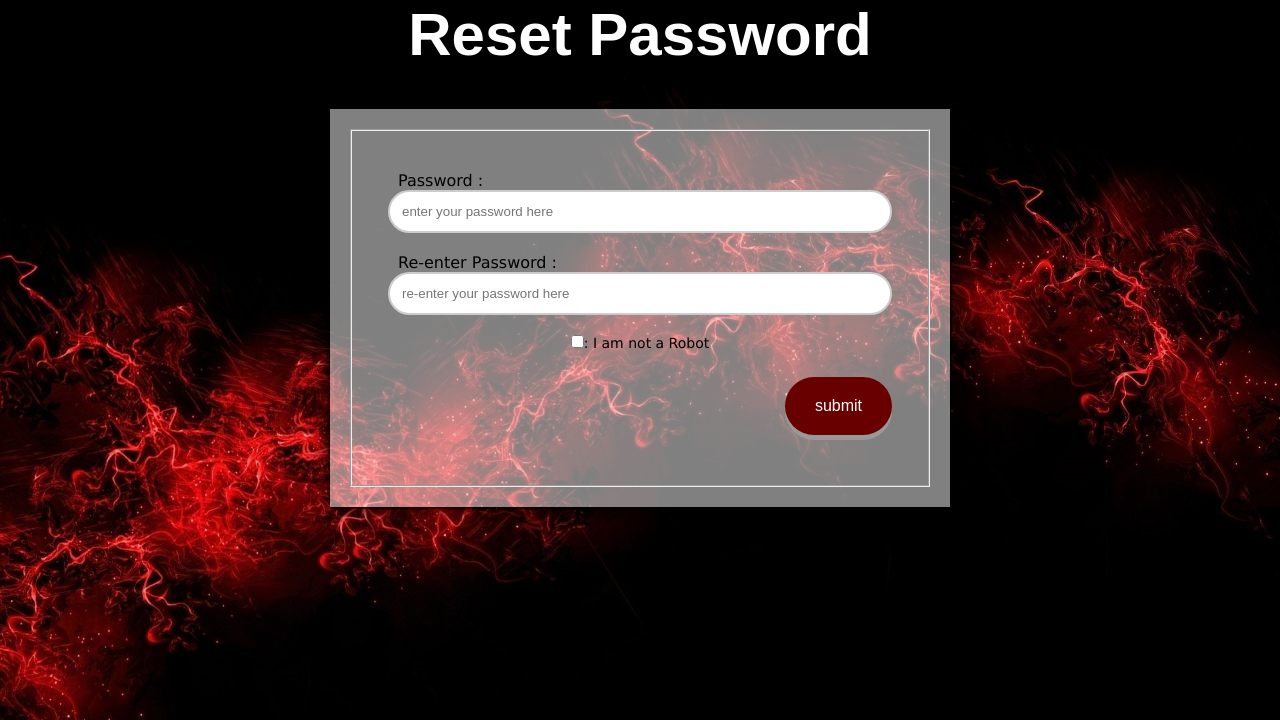
Repository: amila1998/OOP-Group-Assignment-1st-Year-2nd-Semester
Page: http://localhost/OMT/resetPassword.jsp
An editor plug-in stored every save of this project. The page is shown before and after the next save, followed by the edit.
The browser window is 1280 px wide. The pictures show the whole page.
Some web fonts or font styles are not loaded; a fallback is used. The page is served by Tomcat 9. Nobody is signed in. The application's start-up code is not run. Other server files are loaded and not shown.

Above is the page before, as saved 2021-05-23 13:46:33.

### OMT/WebContent/resetPassword.jsp
<%@ page language="java" contentType="text/html; charset=ISO-8859-1"
    pageEncoding="ISO-8859-1"%>
<!DOCTYPE html>
<html>
<head>
<meta charset="ISO-8859-1">
<link rel="stylesheet" type="text/css" href="styles/Default.css">
<link rel="stylesheet" type="text/css" href="styles/resetpassword.css">
<title>Reset Password</title>
</head>
<body>
<center><h1 class="Ttxtstyle">Reset Password</h1>
<section style="width=100%;" class="logingbody">

	<div id="formStyle3">

		<form action="resetpassword" method="POST" >
			<fieldset>
			<div class="col-50">

					<label for="Password">Password :</label>
			<input type="password" id="pwd" name="pwd" placeholder="enter your password here"  required >

			<label for="rePassword">Re-enter Password :</label>
			<input type="password" id="rpwd" name="rpwd" placeholder="re-enter your password here" required>



			<input type="checkbox" id="policy" name="policy" required onclick ="enableButton()">:  I am not a Robot
			<br><br>
			<input name="register" class="Btn1" type="submit" id="btn2" name="btn2"  value="submit" disable><br>


			<script>function enableButton(){

						if(document.getElementById("policy").checked){
							if(document.getElementById("pwd").value != document.getElementById("rpwd").value ){

								alert("password are mismatched!!");
								document.getElementById("policy").checked = false;
							}
							else{
							}

							document.getElementById("btn2").disabled= false;//this means submit button is enabled
						}
						else{
							document.getElementById("btn2").disabled= true;

						}
					}
		</script>
		</div>
		</fieldset>
		</form>


    </div>

</section>

</center>


</body>
</html>

### OMT/WebContent/styles/Default.css
@charset "ISO-8859-1";

* {
  box-sizing: border-box;
  margin: 0;
  padding: 0;
}

body {
  font-family: roboto, sans-serif;
  background-image: url("../images/bg.jpg");
  background-repeat: repeat;
  background-attachment: fixed;
  background-size: 100%;
}

/*start of header*/
#mainHeader {
  width: 100%;
  display:flex;
  justify-content: space-between;
  padding: 0px 10px;
  width: 100%;
  position:fixed;
  top: 0px;
  background: #eee;
  transition: background 0.4s;
  z-index: +1;
}

#mainHeader.is-sticky {
  background: #333;
}

#mainHeader.is-sticky a {
  color:#eee;
}

#mainHeader.is-sticky .logo img {
  height:64px;
}

#mainHeader.is-sticky .Plogo img {
  margin-top:10px;
}

#mainHeader.is-sticky .SearchPadding {
  padding:5px 20px;

}
.logo img {
  height: 84px;
  transition: height 0.4s;
}
.Plogo img {
  height: 50px;
  margin-top:18px;
  transition:0.4s;
}
#mainHeader .SearchPadding{
	padding:10px 10px;
	transition:0.4s;
}
#mainHeader .searchForm {
  float: middle;
  padding: 6px 20px;
  margin-top: 15px;
  background: none;
  font-size: 17px;
  border: none;
  cursor: pointer;
  display:flex;
}

.searchTxt
{
  background-color: white;
  border: none;
  padding: 5.5px 10px;
  text-decoration: none;
  display: inline-block;
  font-size: 12px;
  width:400px;
}
.searchBT:hover {
  background-color:#66ff66;
  cursor: pointer;
}

.searchBT {
  background-color: #00cc00;
  border: none;
  color: white;
  padding: 5px 10px;
  text-align: center;
  text-decoration: none;
  display: inline-block;
  font-size: 14px;
}




/*End of header*/

/* start editing horizontal menu*/
#menu {
	 margin-top: 84px;
	 width: 100%;
}



ul.menu {
  list-style-type: none;
  margin: 0;
  padding: 0;
  overflow: hidden;
  background-color: #333;
}

li.menu1 {
  float: left;
}
li.menu2 {
  float: right;
}

#menu li a   {
	/* When you have li and a together this will work*/
  display: block;
  color: white;
  text-align: center;
  padding: 14px 16px;
  text-decoration: none;
}

/* Change the link color to pink on hover
When you move the curser to a menu item it will highlighted with pink*/
#menu  li a:hover {
  background-color: gray;
}
/*============================================================================*/
/*Start of footer*/

div.Bfooter{
	display:table;
	width:100%;
	height:auto;
}
#mainFooter {
  display:flex;
  justify-content: space-between;
  bottom:0px;
  padding:10px 30px;
  width: 100%;
  background: #333;
  color:white;
  position:fixed;


}
#mainFooter .FtopPadding{
	padding-top:10px;
}
.SocialLogos img {

	width:30px;
	height:30px;
}
#mainFooter ul.SocialLogos {
  list-style-type: none;
  margin: 0;
  padding:0;
  overflow: hidden;
}
#mainFooter li.SocialLogos {
  float: left;
}
#mainFooter li a {
  display: block;
  color: white;
  text-align: center;
  padding: 14px 16px;
  text-decoration: none;
}

.DateandTime{
	font-family:"Arial Black", Gadget, sans-serif;


}
.copyRSing{
	font-family:"Comic Sans MS", cursive, sans-serif;
	padding-left:90px;
}
#Footer2 {
  display:flex;
  justify-content: space-between;
  padding: 10px 16px;
  width: 100%;
  background: #14141f;
  color:white;
  margin-bottom:50px;

}
#Footer2 ul.style {
  list-style-type: none;
  overflow: hidden;
  padding-bottom:40px;
}
#Footer2 li a{
	color: white;
  text-align: left;
  padding: 14px 16px;
  text-decoration: none;
  font-style: italic;
}
#Footer2 li a:hover {
  color: gray;
}

#Footer2 .Txtstyle{
	font-family:"Comic Sans MS", cursive, sans-serif;
	font-size:24px;
	line-height: 1.8;
}
#Footer2 .Txtstyle2{
	padding-top:90px;
	font-family:"Comic Sans MS", cursive, sans-serif;
	font-size:24px;
	line-height: 1.8;
}

#Footer2 ul.proFBBt {
  background-color: #00cc00;
  border: none;
  color: white;
  padding: 20px 50px;
  text-align: center;
  text-decoration: none;
  display: inline-block;
  font-size: 14px;
  list-style-type: none;
  margin: 0;
  overflow: hidden;
}

#Footer2 .btpadding{
	padding-top:50px;
	padding-left:20px;
}
/*============================================================================*/

h1.Ttxtstyle{
	color:white;
	font-family:"Arial Black", Gadget, sans-serif;
	text-shadow:1px 1px 2px black, 0 0 25px black, 0 0 5px black;
	font-size:60px;
}

section {
	padding:20px 20px;
}

/*DIV sections*/
.row {
  display: flex;
  flex-wrap: wrap;
  margin: 0 -16px;
}



.col-25 {
  flex: 25%;
}

.col-50,
.coll-50 {
   flex: 50%;
}

.col-75 {
  flex: 75%;
}

.col-25,
.col-50,
.col-75 {
  padding: 20px 16px;
}
/*--------------------------------------------------------------------------------------*/
/*Form*/
fieldset{
	padding:20px 20px;
}

legend{
	font-size:22px;
	font-weight:bold;
}

#formStyle1.style2{
	font-family:"Arial Black", Gadget, sans-serif;
	font-size:30px;
}

#formStyle1 label,
#formStyle3 label {
  display: block;
  font-size:16px;
  float:left;
  margin-left:10px;
}

#formStyle4 label{
  float:center;
  display: block;
  font-size:16px;
  margin-left:10px;
  margin-bottom:30px;
}

#formStyle2 label{
	 font-family: "Comic Sans MS", cursive, sans-serif;
	 font-weight:bold;
    font-size: 22px;
    line-height: 1.15;
    margin: 0;
	 width:100%;
}
#formStyle6 input[type=text],
#formStyle6 input[type=email],
#formStyle3 input[type=email],
#formStyle3  input[type= password],
#formStyle1  input[type= password],
#formStyle1  input[type= number],
#formStyle1 input[type=file],
#formStyle1 input[type=number]
#formStyle4 input[type=email],
#formStyle1 input[type=email],
#formStyle1 input[type=month],
#formStyle1 input[type=date],
#formStyle1 input[type=text],
#formStyle1 input[type=tel],
#formStyle3 input[type=text],
#formStyle4 input[type=tel],
#formStyle4 input[type=text],
#formStyle1 select{
  width: 100%;
  margin-bottom: 20px;
  padding: 12px;
  border: 2px solid #ccc;
  border-radius: 50px;
}

#formStyle6 input:active[type=text],
#formStyle6 input:active[type=email],
#formStyle3  input:active[type= password],
#formStyle3  input:active[type= email],
#formStyle1 input:active[type=file],
#formStyle1 input:active[type=number],
#formStyle1 input:active[type=month],
#formStyle1 input:active[type=text],
#formStyle3 input:active[type=text],
#formStyle4 input:active[type=text],
#formStyle4 input:active[type=text],
#formStyle1 select:active{
    border: 2px solid #808080;
	outline:none;
}

#formStyle3  input[type= radio]{
  margin-bottom: 20px;
  padding: 12px;
  border: 1px solid #ccc;
  border-radius: 3px;
  justify-content: space-between;
  margin-left:20px;
  outline:none;
}
#formStyle6 textarea,
#formStyle1 textarea{
  width: 100%;
  margin-bottom: 20px;
  padding: 12px;
  border: 1px solid #ccc;
  border-radius: 3px;
  height:80px;
  font-family:Verdana;
  border-radius:50px;
  outline:none;
  resize: vertical;

}

#formStyle1 form,
#formStyle2 form,
#formStyle3 form,
#formStyle4 form{
	padding:20px;
	background-color: rgba(255, 255, 255,0.5);
	font-size:14px;
	font-family:Verdana;
	color:black;
	margin:20px;
	box-shadow:1px 1px 2px black, 0 0 25px black, 0 0 5px black;
	outline: none;
	border:none;

}
#formStyle6 form{
	font-size:14px;
	font-family:Verdana;
	outline: none;
	border:none;
	padding:20px;
}

#formStyle1 form,
#formStyle4 form{
	width:99%;
}

#formStyle2 form{
	width:95%;
}

#formStyle3 form{
	width:50%;
	align-items: center;
	position:center;

}


.Btn,
.Btn1,
.Btn2,
.Btn3,
.Btn4,
.Btn5{

	padding:20px 30px;
	font-size: 16px;
  text-align: center;
  cursor: pointer;
  outline: none;
  color: #fff;
  background-color: #680000;
  border: none;
  border-radius: 30px;
  box-shadow: 0 5px #999;
  margin-bottom:30px;
  margin-top:10px;
  margin-left:20px;



}



.Btn:active,
.Btn1:active,
.Btn3:active,
.Btn2:active,
.Btn4:active,
.Btn5:active,
.Btn6:active{
	background-color: #ff6a6f;
  box-shadow: 0 3px #666;
  transform: translateY(4px);
}

.Btn:hover,
.Btn1:hover,
.Btn3:hover,
.Btn2:hover,
.Btn4:hover,
.Btn5:hover{
	background-color: #ff6a6f
}
.Btn,
.Btn1{
	float:right;
}

.Btn2{
	float:left;
}
.Btn3{
	margin-bottom:20px;

}
.Btn4{
	margin-left:10px;

}

### OMT/WebContent/styles/resetpassword.css
@charset "ISO-8859-1";


.invalid {
  background-color: red;
  text-align: center;
  color:white;
  padding:10px;
   border-radius: 25px;
}

After the next save:
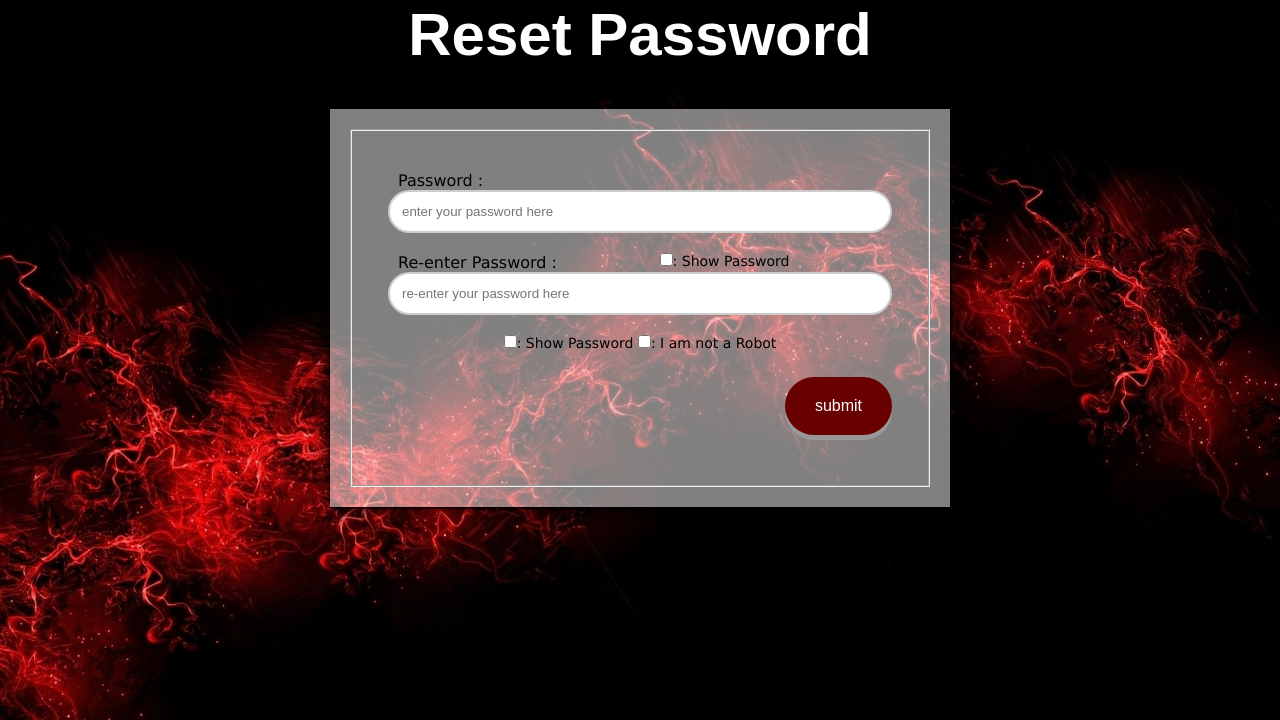
Saved 113 s later.
--- a/OMT/WebContent/resetPassword.jsp
+++ b/OMT/WebContent/resetPassword.jsp
@@ -20,9 +20,33 @@
 
 					<label for="Password">Password :</label>
 			<input type="password" id="pwd" name="pwd" placeholder="enter your password here"  required >
+			<input type="checkbox" onclick="visiblepass()">:  Show Password
+
+				<script>
+				function visiblepass() {
+				  var x = document.getElementById("pwd");
+				  if (x.type === "password") {
+				    x.type = "text";
+				  } else {
+				    x.type = "password";
+				  }
+				}
+				</script>
 
 			<label for="rePassword">Re-enter Password :</label>
 			<input type="password" id="rpwd" name="rpwd" placeholder="re-enter your password here" required>
+			<input type="checkbox" onclick="visiblepassw()">:  Show Password
+
+				<script>
+				function visiblepassw() {
+				  var x = document.getElementById("rpwd");
+				  if (x.type === "password") {
+				    x.type = "text";
+				  } else {
+				    x.type = "password";
+				  }
+				}
+				</script>
 
 
 
